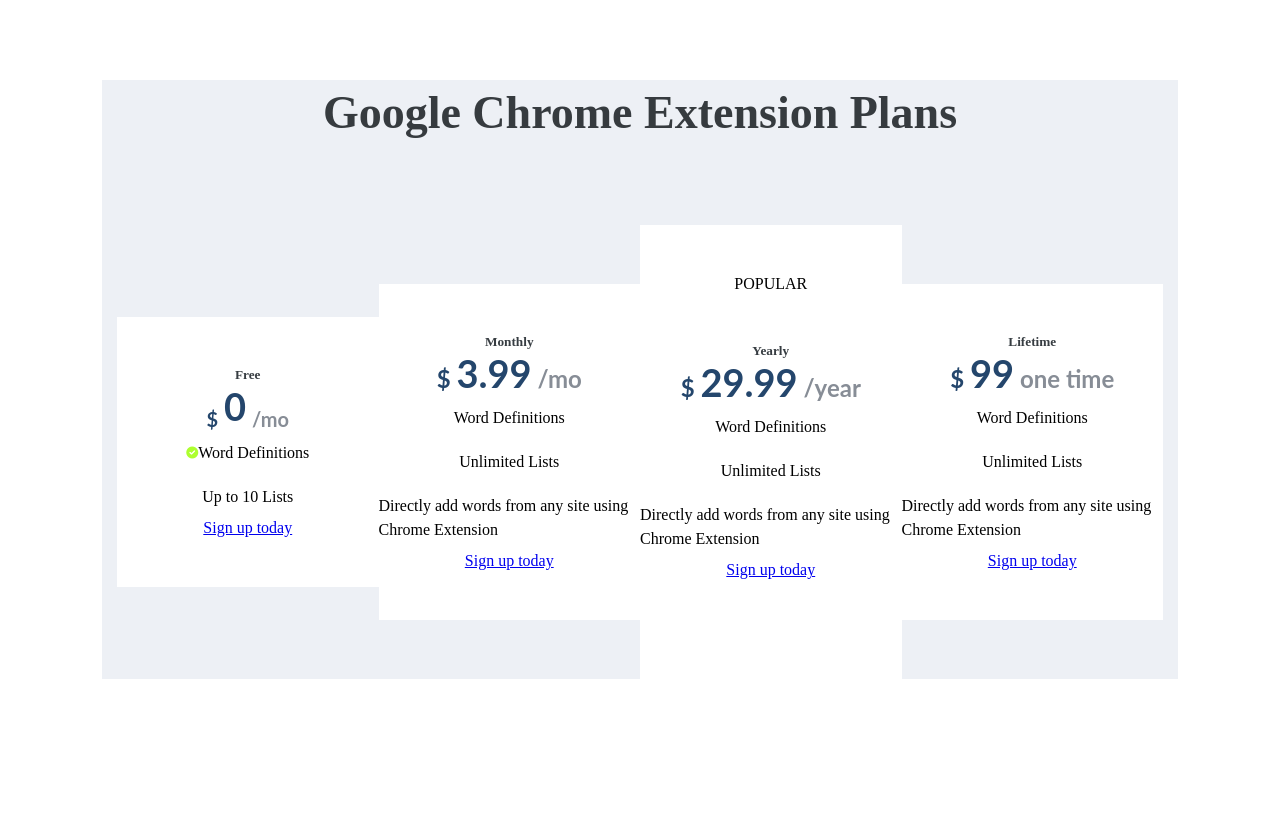
Repository: Novoselets28/chatos-test-task
Page: index.html
The author's editor kept a copy of each file at every save. The page is drawn from the files as they stood at one save, then again after the next save.
The browser window is 1280 px wide. The pictures show the whole page.

Above is the page before, as saved 2023-04-19 17:57:14.

### index.html
<!DOCTYPE html>
<html lang="en">
<head>
    <meta charset="UTF-8">
    <meta http-equiv="X-UA-Compatible" content="IE=edge">
    <meta name="viewport" content="width=device-width, initial-scale=1.0">
    <link rel="stylesheet" type="text/css" href="index.css" />
    <link rel="stylesheet" href="https://cdnjs.cloudflare.com/ajax/libs/font-awesome/6.0.0/css/all.min.css">
    <link rel="preconnect" href="https://fonts.googleapis.com">
    <link rel="preconnect" href="https://fonts.gstatic.com" crossorigin>
    <link href="https://fonts.googleapis.com/css2?family=Arimo:wght@400;700&family=Rubik&display=swap" rel="stylesheet">
    <title>Document</title>
</head>
<body>
    <div class="page__extension extension">
        <div class="extension__container _container">
            <div class="extension__header header-block">
                <h2 class="header-block__title">Google Chrome Extension Plans</h2>
            </div>
            <div class="extension__items">
                <!-- Modern pricing table - Free -->
                <div class="extension__item item-extension">
                        <h5 class="item-extension__title">Free</h5>
                        <div class="item-extension__price price-item">
                            <sub class="price-item__dollar">$</sub>
                            <span class="price-item__number">0</span>
                            <sub class="price-item__label">/mo</sub>
                        </div>
                        <div class="item-extension__points">
                            <ul class="item-extension__point point-list">
                                <li class="point-list__item">
                                    <i class="fa-regular fa-circle-check"></i>
                                        Word Definitions
                                </li>
                                <li class="point-list__item">
                                    <i class="point-list__icon"></i>
                                        Up to 10 Lists
                                </li>
                            </ul>
                        </div>
                        <a href="https://boostvocab.com/register" class="item-extension__button">Sign up today</a>
                </div>
                <!-- END : Modern pricing table - Free -->
                <!-- Modern pricing table - MOnthly -->
                <div class="extension__item item-extension">
                        <h5 class="item-extension__title">Monthly</h5>
                        <div class="item-extension__price price-item">
                            <span class="price-item__dollar">$</span>
                            <span class="price-item__number">3.99</span>
                            <span class="price-item__label">/mo</span>
                        </div>
                        <div class="item-extension__points">
                            <ul class="item-extension__point point-list">
                                <li class="point-list__item">
                                    <i class="point-list__icon"></i>
                                        Word Definitions
                                </li>
                                <li class="point-list__item">
                                    <i class="point-list__icon"></i>
                                        Unlimited Lists
                                </li>
                                <li class="point-list__item">
                                    <i class="point-list__icon"></i>
                                        Directly add words from any site using Chrome Extension
                                </li>
                            </ul>
                        </div>
                        <a target="new" href="https://buy.stripe.com/5kAdRpbLh3k71RS6oo" class="item-extension__button">Sign up today</a>
                </div>
                <!-- END : Modern pricing table - Monthly -->
                <!-- Modern pricing table - Yearly -->
                <div class="extension__item item-extension" style="z-index: 2;">
                        <div class="ribbon"><span>POPULAR</span></div>
                        <div class="extension__item item-extension">
                            <h5 class="item-extension__title">Yearly</h5>
                            <div class="item-extension__price price-item">
                                <span class="price-item__dollar">$</span>
                                <span class="price-item__number">29.99</span>
                                <span class="price-item__label">/year</span>
                            </div>
                            <div class="item-extension__points">
                               <ul class="item-extension__point point-list">
                                    <li class="point-list__item">
                                        <i class="point-list__icon"></i>
                                            Word Definitions
                                    </li>
                                    <li class="point-list__item">
                                        <i class="point-list__icon"></i>
                                            Unlimited Lists
                                    </li>
                                    <li class="point-list__item">
                                        <i class="point-list__icon"></i>
                                            Directly add words from any site using Chrome Extension
                                    </li>
                                </ul>
                            </div>
                            <a target="new" href="https://buy.stripe.com/aEU6oX3eL6wjdAA7st" class="item-extension__button">Sign up today</a>
                        </div>
                </div>
                <!-- END : Modern pricing table - Yearly -->
                <!-- Modern pricing table - Lifetime -->
                <div class="extension__item item-extension">
                        <h5 class="item-extension__title">Lifetime</h5>
                        <div class="item-extension__price price-item">
                            <span class="price-item__dollar">$</span>
                            <span class="price-item__number">99</span>
                            <span class="price-item__label">one time</span>
                        </div>
                        <div class="item-extension__points">
                            <ul class="item-extension__point point-list">
                                <li class="point-list__item">
                                    <i class="point-list__icon"></i>
                                        Word Definitions
                                </li>
                                <li class="point-list__item">
                                    <i class="point-list__icon"></i>
                                        Unlimited Lists
                                </li>
                                <li class="point-list__item">
                                    <i class="point-list__icon"></i>
                                        Directly add words from any site using Chrome Extension
                                </li>
                            </ul>
                        </div>
                        <a target="new" href="https://buy.stripe.com/4gwfZxbLh8Er54428a" class="item-extension__button">Sign up today</a>
                    <!-- END : Modern pricing table - Lifetime -->

                </div>
            </div>
        </div>
    </div>
</body>
</html>

### index.css
*{
    margin: 0;
    padding: 0;
    box-sizing: border-box;
}

.page__extension {

}

.extension{
    padding: 80px 0px 136px 0px;
}

.extension__container{
    background-color: #edf0f5;
}

._container{
    max-width: 1046px;
    padding: 0 15px;
    margin: 0 auto;
    box-sizing: content-box;
}

.extension__header{
    margin: 0 0 80px 0;
}

.header-block{
    text-align: center;
    /* letter-spacing: 0.2px; */
}

.header-block__title{
    font-size: 46px;
    font-weight: 700;
    line-height: 142%;
    color: #363b3f;
}

.extension__items{
    display: flex;
    align-items: center;
}

.extension__item{
    flex: 0 1 33.333%;
}

.item-extension{
    display: flex;
    flex-direction: column;
    justify-content: center;
    align-items: center;
    background-color: #fff;
    padding: 50px 0;
}

.item-extension__title{
    color: #373d42;
}

.item-extension__price{
    color: #24466c;
}

.price-item{
    margin: 0;
    font-size: 24px;
    font-family: "Lato";
    font-weight: bold;
}

.price-item__dollar{

}

.price-item__number{
    text-transform: uppercase;
    font-size: 38px;
}

.price-item__label{
    color: #878d96;
}

.item-extension__points{
    display: flex;
    flex-direction: column;
    justify-content: center;
    align-items: center;
}

.item-extension__point{
    color: inherit;
    font-weight: 400;
    line-height: 150%;
    font-size: 16px;
    display: flex;
    flex-direction: column;
    justify-content: space-around;
    align-items: center;
}

.point-list{

}

.point-list__item i{
    content: "f058";
    font-family: "FontAwesome";
    font-size: 12px;
    line-height: 2;
    color: greenyellow;
}

.point-list__item{
    list-style-type: none;
    display: flex;
    justify-content: center;
    width: 100%;
    padding: 10px 0;
}

.point-list__icon{

}

.item-extension__button{

}

After the next save:
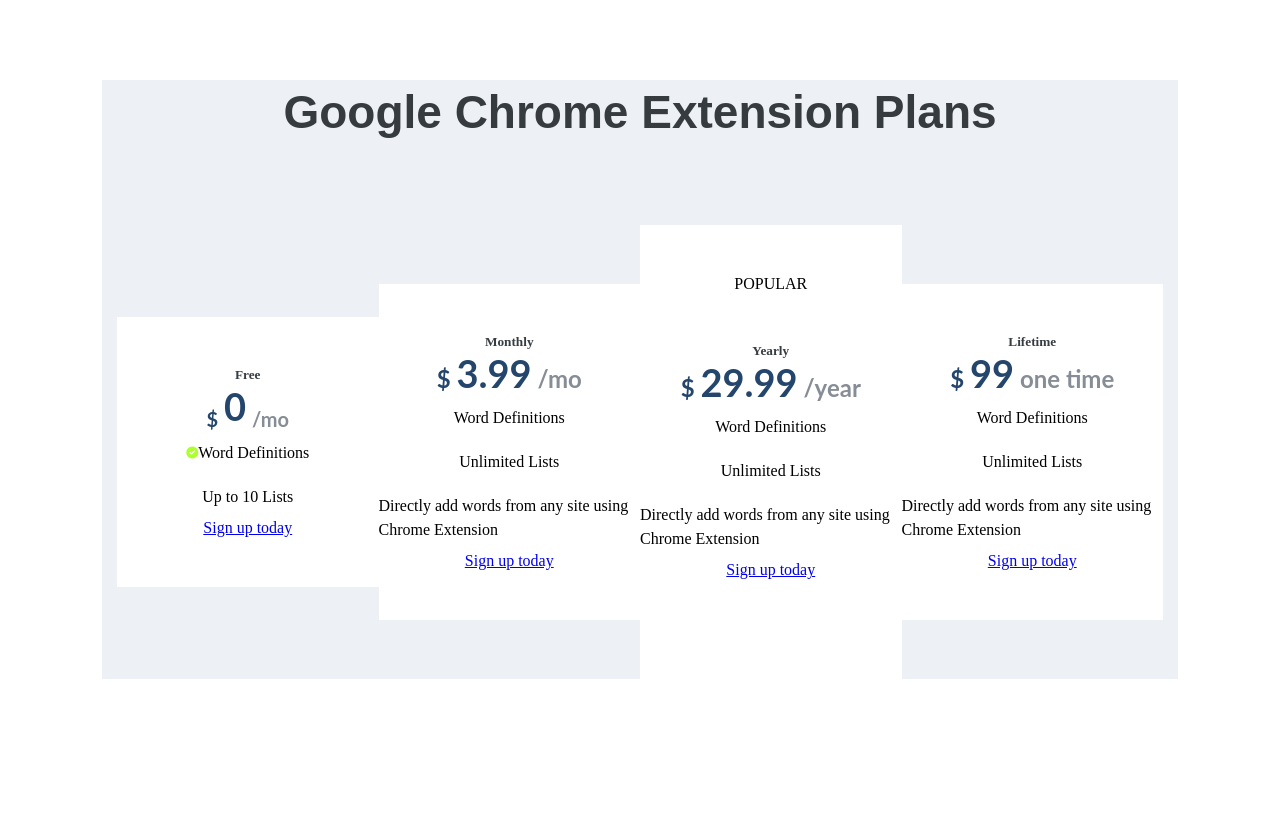
Saved 77 s later.
--- a/index.css
+++ b/index.css
@@ -33,6 +33,7 @@
 }
 
 .header-block__title{
+    font-family: 'Arimo', sans-serif;
     font-size: 46px;
     font-weight: 700;
     line-height: 142%;
